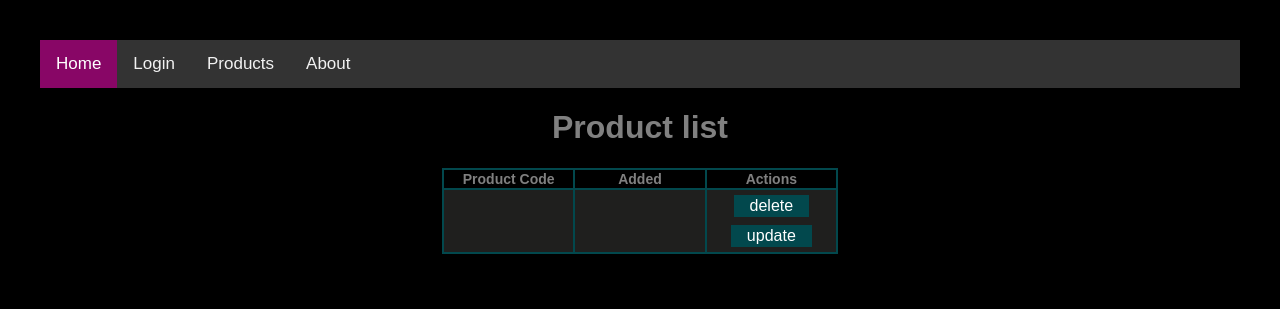
Repository: chaimakr/lab3-microservices-architecture
Page: http://localhost/
These files come from the project's save history. The page is drawn as it stood at one moment and after the next save; the edit follows.
The browser window is 1280 px wide. The pictures show the whole page.
The page is served by the project's application, run on Flask 3 (UI/app.py).

Above is the page before, as saved 2022-05-29 15:16:21.

After the next save:
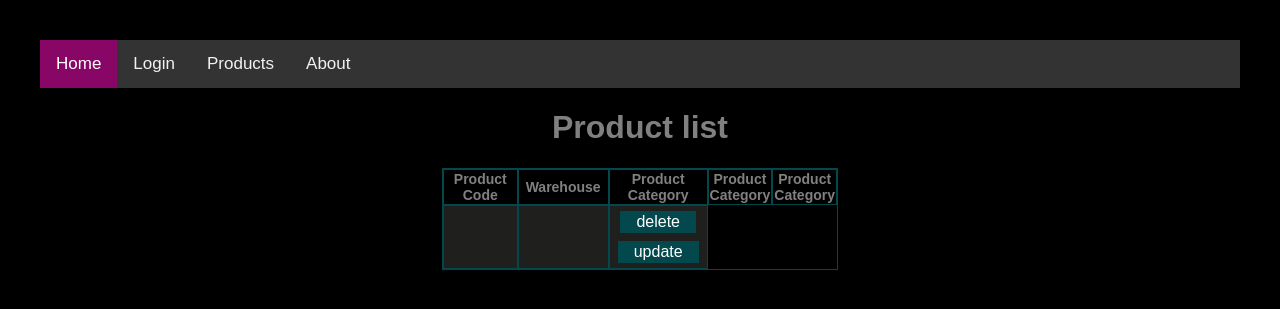
Saved 25 s later.
--- a/UI/templates/index.html
+++ b/UI/templates/index.html
@@ -9,8 +9,10 @@
     <table>
         <tr>
             <th>Product Code</th>
-            <th>Added</th>
-            <th>Actions</th>
+            <th>Warehouse</th>
+            <th>Product Category</th>
+            <th>Product Category</th>
+            <th>Product Category</th>
         </tr>
         <tr>
             <td></td>
